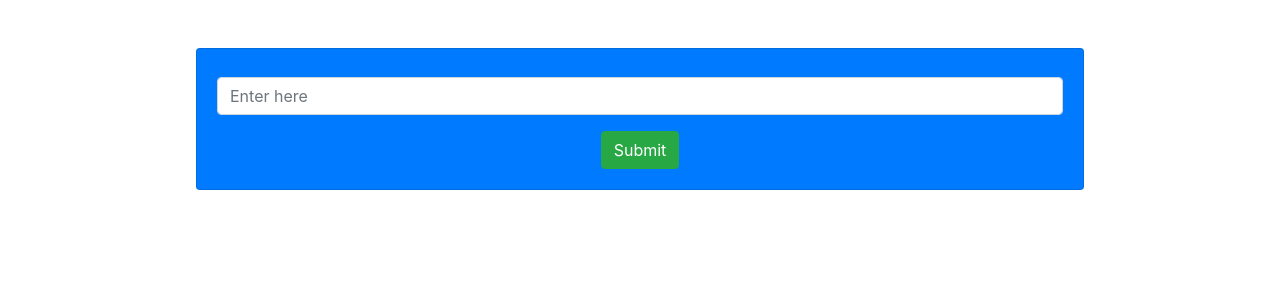
Repository: parvaizsajad/SpringFrameWork
Page: http://localhost/com.springMvc.search/home
An editor plug-in stored every save of this project. The page is shown before and after the next save, followed by the edit.
The browser window is 1280 px wide. The pictures show the whole page.
Some web libraries are served in a nearby version. The page is served by Tomcat 9. Other server files are loaded and not shown.

Above is the page before, as saved 2021-09-10 09:38:25.

### com.springMvc.search/src/main/webapp/WEB-INF/spring-servlet.xml
<?xml version="1.0" encoding="UTF-8"?>


<!-- 2nd step step create the configuration file. -->

<beans xmlns="http://www.springframework.org/schema/beans"
	xmlns:xsi="http://www.w3.org/2001/XMLSchema-instance" xmlns:context="http://www.springframework.org/schema/context"
	xmlns:p="http://www.springframework.org/schema/p"
	xmlns:tx="http://www.springframework.org/schema/tx"
	xsi:schemaLocation="http://www.springframework.org/schema/beans
    http://www.springframework.org/schema/beans/spring-beans.xsd
    http://www.springframework.org/schema/context
    http://www.springframework.org/schema/context/spring-context.xsd
     http://www.springframework.org/schema/tx
    http://www.springframework.org/schema/tx/spring-tx.xsd
    ">
 <!--This is our bean or the metadata for our class  -->

 <context:component-scan base-package="com.springMvc.search"></context:component-scan>

<!--  view Resolver -->
   <bean class="org.springframework.web.servlet.view.InternalResourceViewResolver" name="viewResolver">
   <property name="prefix" value="/WEB-INF/views/"></property>
   <property name="suffix" value=".jsp"></property>
   </bean>




 </beans>

### com.springMvc.search/src/main/webapp/WEB-INF/views/home.jsp
<%@ page language="java" contentType="text/html; charset=ISO-8859-1"
    pageEncoding="ISO-8859-1"%>
<!doctype html>
<html lang="en">
  <head>
    <!-- Required meta tags -->
    <meta charset="utf-8">
    <meta name="viewport" content="width=device-width, initial-scale=1, shrink-to-fit=no">

    <!-- Bootstrap CSS -->
    <link rel="stylesheet" href="https://maxcdn.bootstrapcdn.com/bootstrap/4.0.0/css/bootstrap.min.css" integrity="sha384-Gn5384xqQ1aoWXA+058RXPxPg6fy4IWvTNh0E263XmFcJlSAwiGgFAW/dAiS6JXm" crossorigin="anonymous">

    <title>Hello, world!</title>
  </head>
  <body>
<div class="container">

<div class="card mx-auto mt-5 bg-primary" style="width: 80%">
<div class="card-body">

<form>
  <div class="form-group">
<div><h3 class="text-center text-white"></h3></div>

    <input type="text" class="form-control" id="text1"  placeholder="Enter here" name="text">

  </div>
  <div style="text-align: center">
    <button type="submit" class="btn btn-success">Submit</button>
  </div>

</form>
</div>
</div>
</div>

    <!-- Optional JavaScript -->
    <!-- jQuery first, then Popper.js, then Bootstrap JS -->
    <script src="https://code.jquery.com/jquery-3.2.1.slim.min.js" integrity="sha384-KJ3o2DKtIkvYIK3UENzmM7KCkRr/rE9/Qpg6aAZGJwFDMVNA/GpGFF93hXpG5KkN" crossorigin="anonymous"></script>
    <script src="https://cdnjs.cloudflare.com/ajax/libs/popper.js/1.12.9/umd/popper.min.js" integrity="sha384-ApNbgh9B+Y1QKtv3Rn7W3mgPxhU9K/ScQsAP7hUibX39j7fakFPskvXusvfa0b4Q" crossorigin="anonymous"></script>
    <script src="https://maxcdn.bootstrapcdn.com/bootstrap/4.0.0/js/bootstrap.min.js" integrity="sha384-JZR6Spejh4U02d8jOt6vLEHfe/JQGiRRSQQxSfFWpi1MquVdAyjUar5+76PVCmYl" crossorigin="anonymous"></script>
  </body>
</html>

### com.springMvc.search/src/main/java/com/springMvc/search/Generilizedexceptionhandler.java
package com.springMvc.search;

import org.springframework.http.HttpStatus;
import org.springframework.stereotype.Controller;
import org.springframework.web.bind.annotation.ControllerAdvice;
import org.springframework.web.bind.annotation.ExceptionHandler;
import org.springframework.web.bind.annotation.ResponseStatus;

@ControllerAdvice
public class Generilizedexceptionhandler {
	@ResponseStatus(value = HttpStatus.INTERNAL_SERVER_ERROR)
	@ExceptionHandler({NullPointerException.class,NumberFormatException.class})
	public String errorHandler() {

		return "nullException";
	}
}

### com.springMvc.search/src/main/java/com/springMvc/search/SearchController.java
package com.springMvc.search;

import org.springframework.stereotype.Controller;
import org.springframework.web.bind.annotation.RequestMapping;
@Controller
public class SearchController {
	@RequestMapping("/home")
	public String home() {

		System.out.println("going to home view");
		return("home");
	}

}

After the next save:
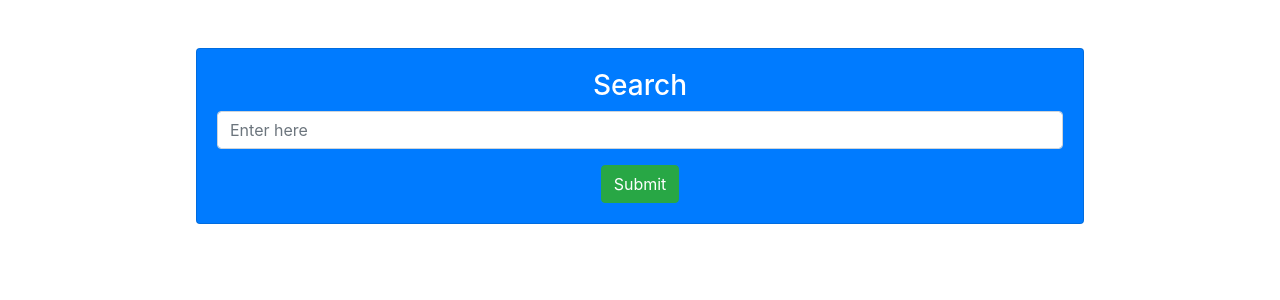
Saved 18 s later.
--- a/com.springMvc.search/src/main/webapp/WEB-INF/views/home.jsp
+++ b/com.springMvc.search/src/main/webapp/WEB-INF/views/home.jsp
@@ -20,7 +20,7 @@
 
 <form>
   <div class="form-group">
-<div><h3 class="text-center text-white"></h3></div>
+<div><h3 class="text-center text-white">Search</h3></div>
 
     <input type="text" class="form-control" id="text1"  placeholder="Enter here" name="text">
 
